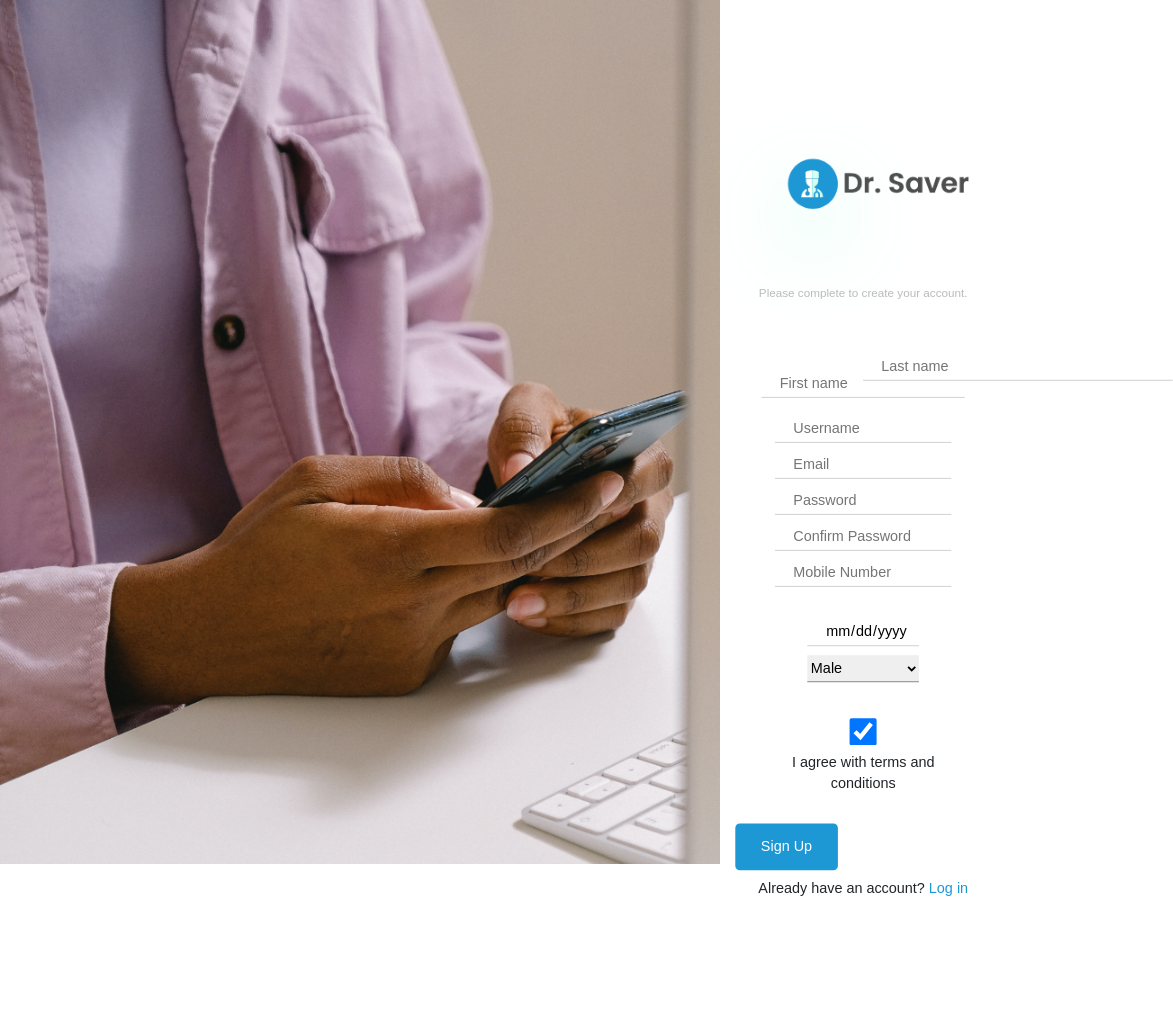
Repository: nsra/hadeel_doctor_system
Page: patient/register.html
These files come from the project's save history. The page is drawn as it stood at one moment and after the next save; the edit follows.
The browser window is 1280 px wide. The page is 1303 px wide, so the pictures cover 1303 px, including what lies to the right of the window. The pictures show the whole page, at 90% of full size.
Some web fonts or font styles are not loaded; a fallback is used. Some web libraries are served in a nearby version.

Above is the page before, as saved 2022-03-29 17:12:23.

After the next save:
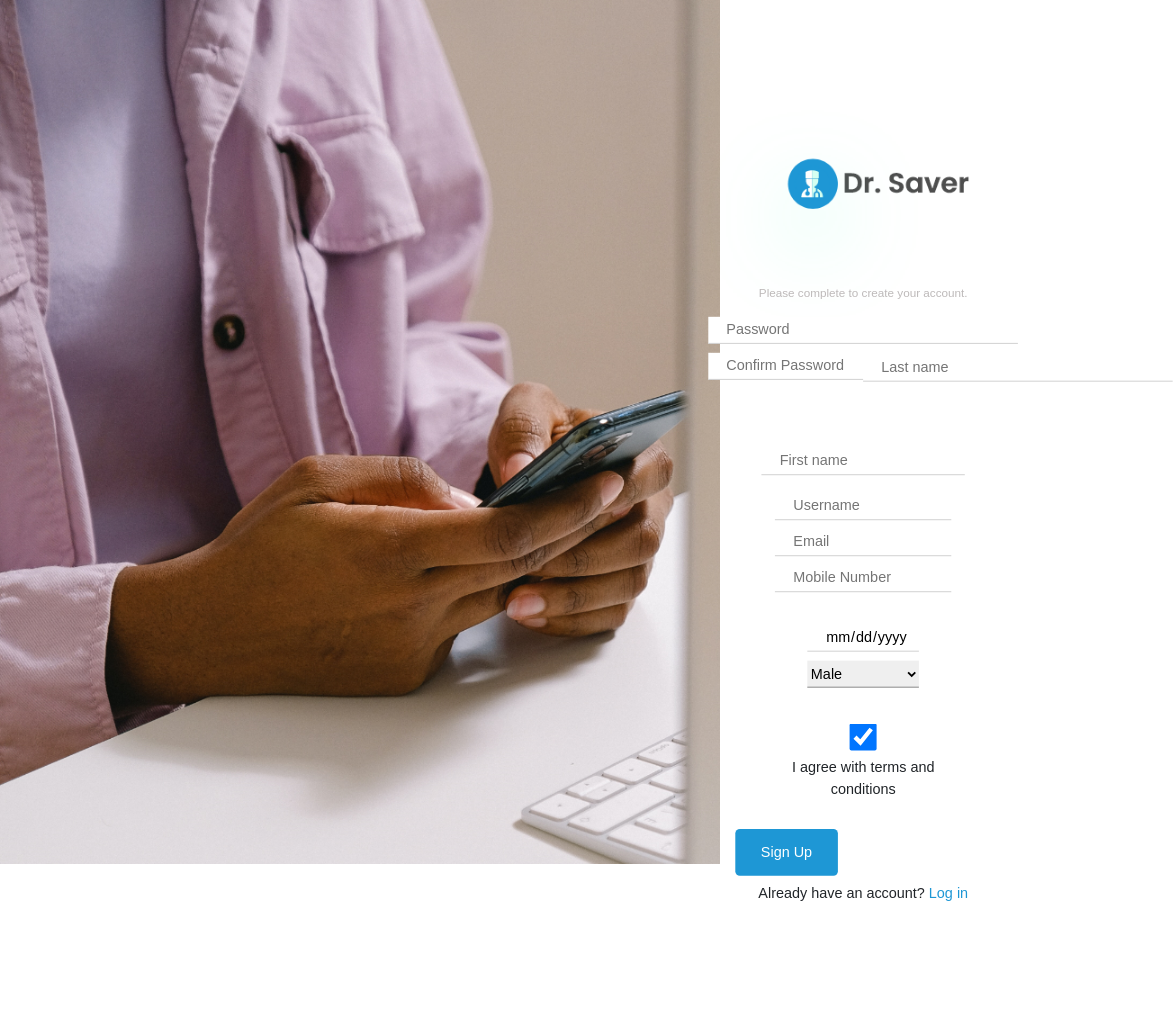
Saved 12 s later.
--- a/patient/register.html
+++ b/patient/register.html
@@ -25,7 +25,8 @@
 
               <br>
            <p  class="pcol">Please complete to create your account.</p>
-
+         <input type="password" placeholder="Password" name="psw" required>
+              <input type="password" placeholder="Confirm Password" name="cpsw" required>
           <form action="action_page.php" method="post">
 
 
@@ -36,8 +37,7 @@
                  </div>
                 <input type="text" placeholder="Username" name="Username" required>
               <input type="email" placeholder="Email" name="email" required>
-              <input type="password" placeholder="Password" name="psw" required>
-              <input type="password" placeholder="Confirm Password" name="cpsw" required>
+
               <input type="number" placeholder="Mobile Number" name="mobile" required>
               <div class="container" >
                 <input type="date"placeholder="DOP" name="DOP" required>
